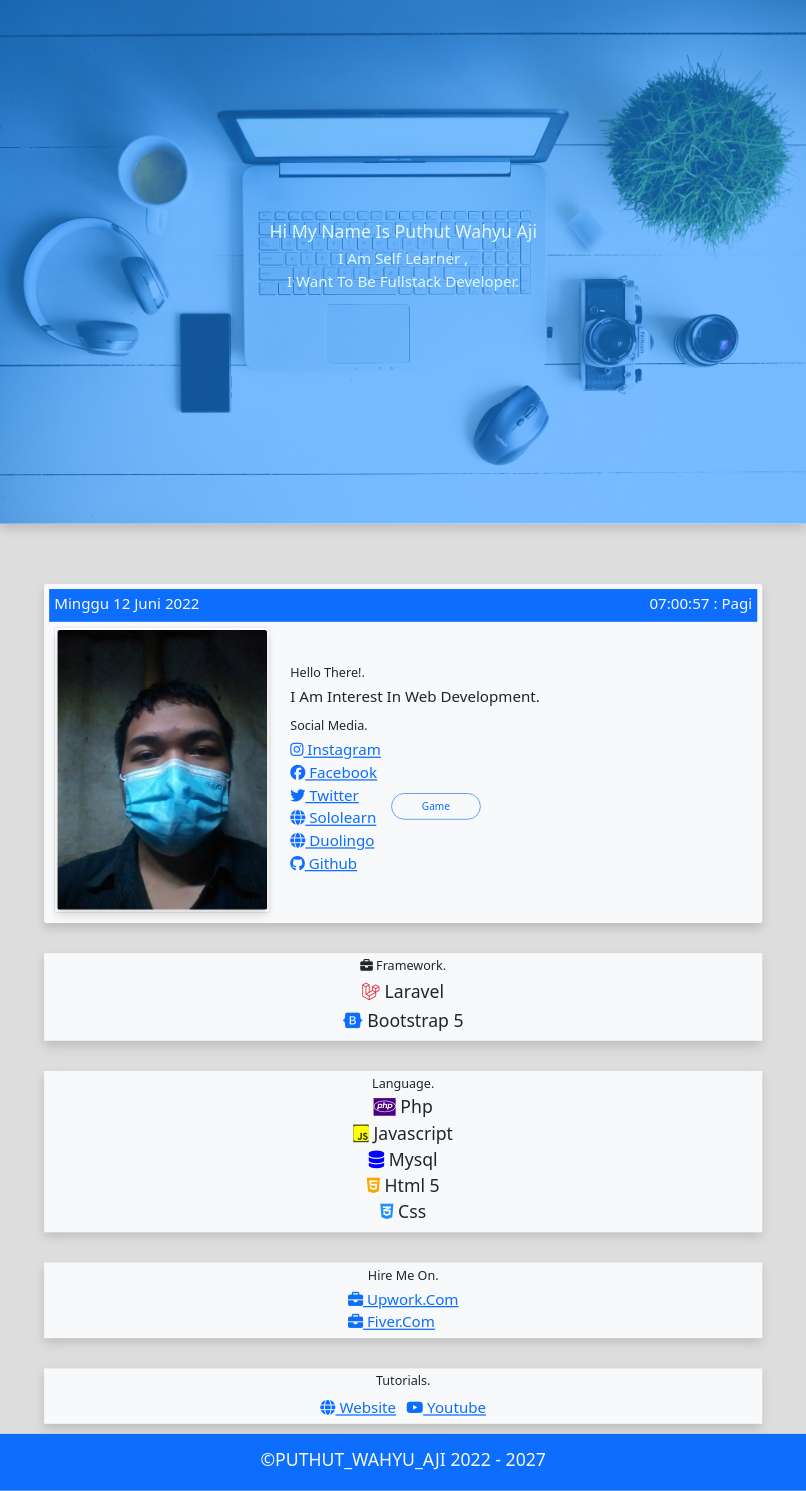
Repository: initer3737/initer3737.github.io
Page: index.html
An editor plug-in stored every save of this project. The page is shown before and after the next save, followed by the edit.
The browser window is 1280 px wide. The pictures show the whole page, at 63% of full size.
Some web libraries are served in a nearby version.

Above is the page before, as saved 2022-06-12 07:04:56.

After the next save:
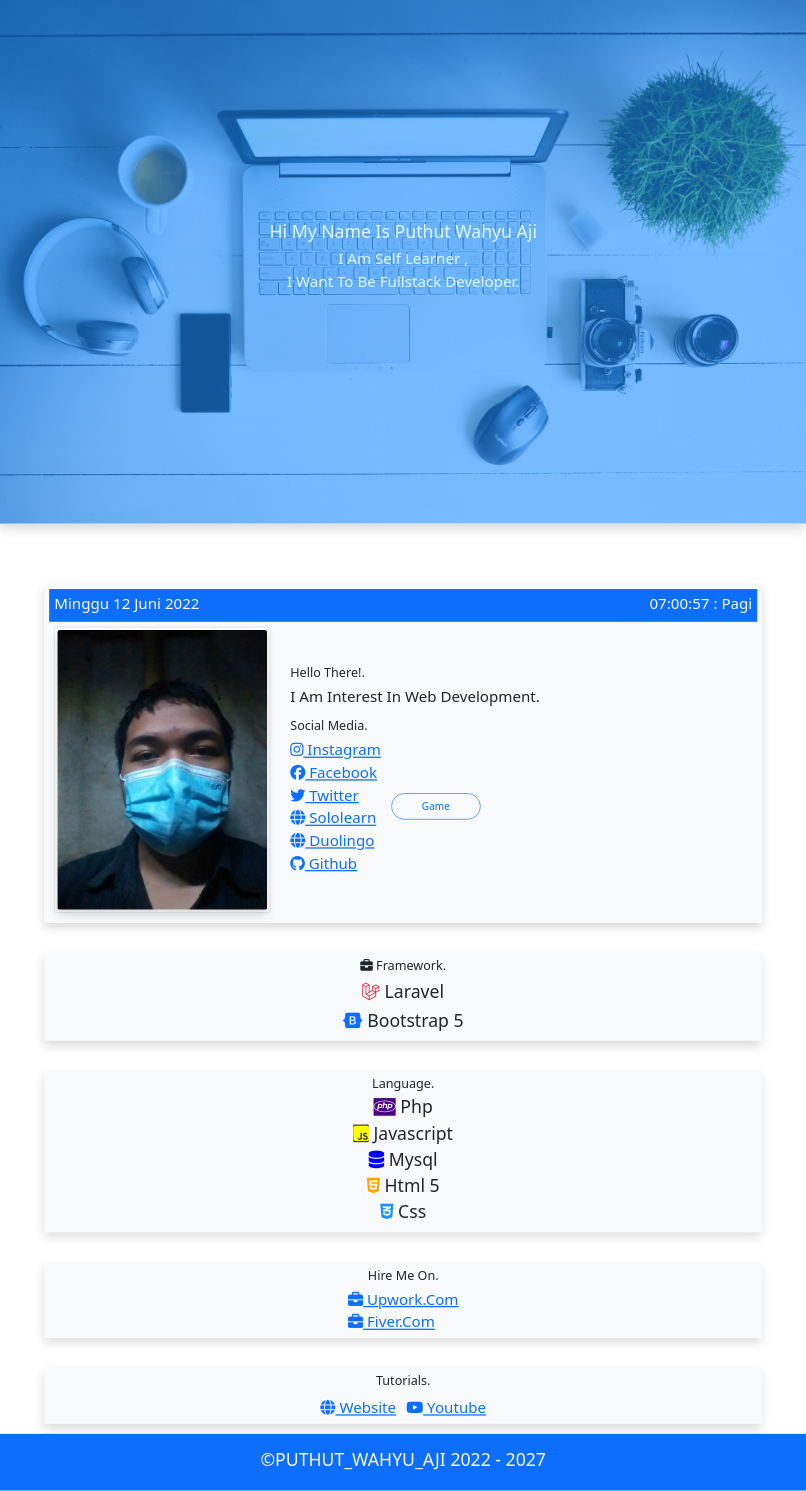
Saved 43 s later.
--- a/css/style.css
+++ b/css/style.css
@@ -4,7 +4,7 @@
 }
 body{
     cursor: url('img/cursor.jpeg'),auto;
-    background-color: #ddd;
+    /* background-color: #ddd; */
 }
 a:hover{
     transition:ease-in-out 0.5s;
